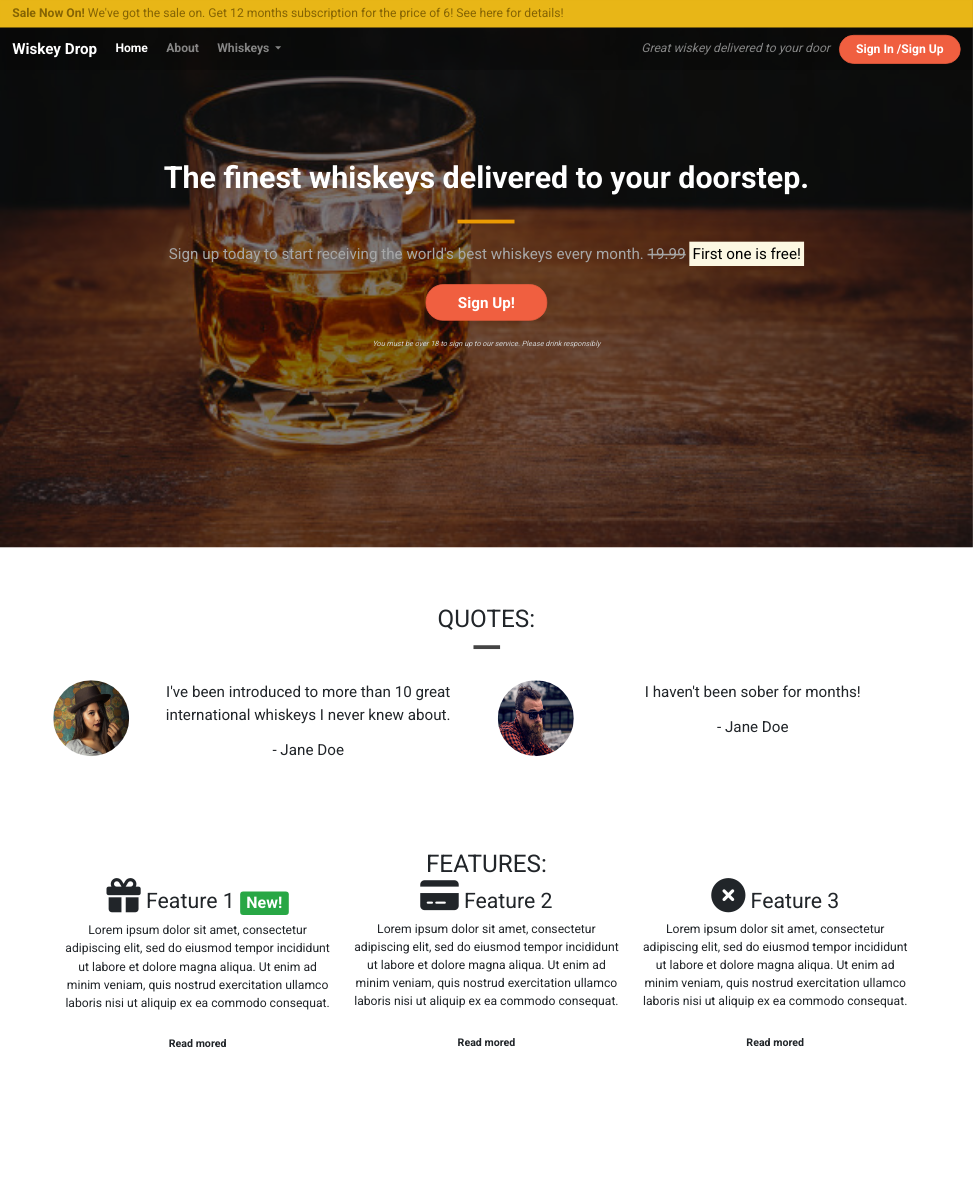
Repository: manub7/bootstrap4-mobile-first
Page: index.html
The author's editor kept a record of every edit. The page is drawn from the files as they stood at one moment, then again after the next edit.
The browser window is 1280 px wide. The pictures show the whole page, at 76% of full size.
Backgrounds fixed to the window are drawn as part of the page. Some web libraries are served in a nearby version.

Above is the page before.

After the next edit:
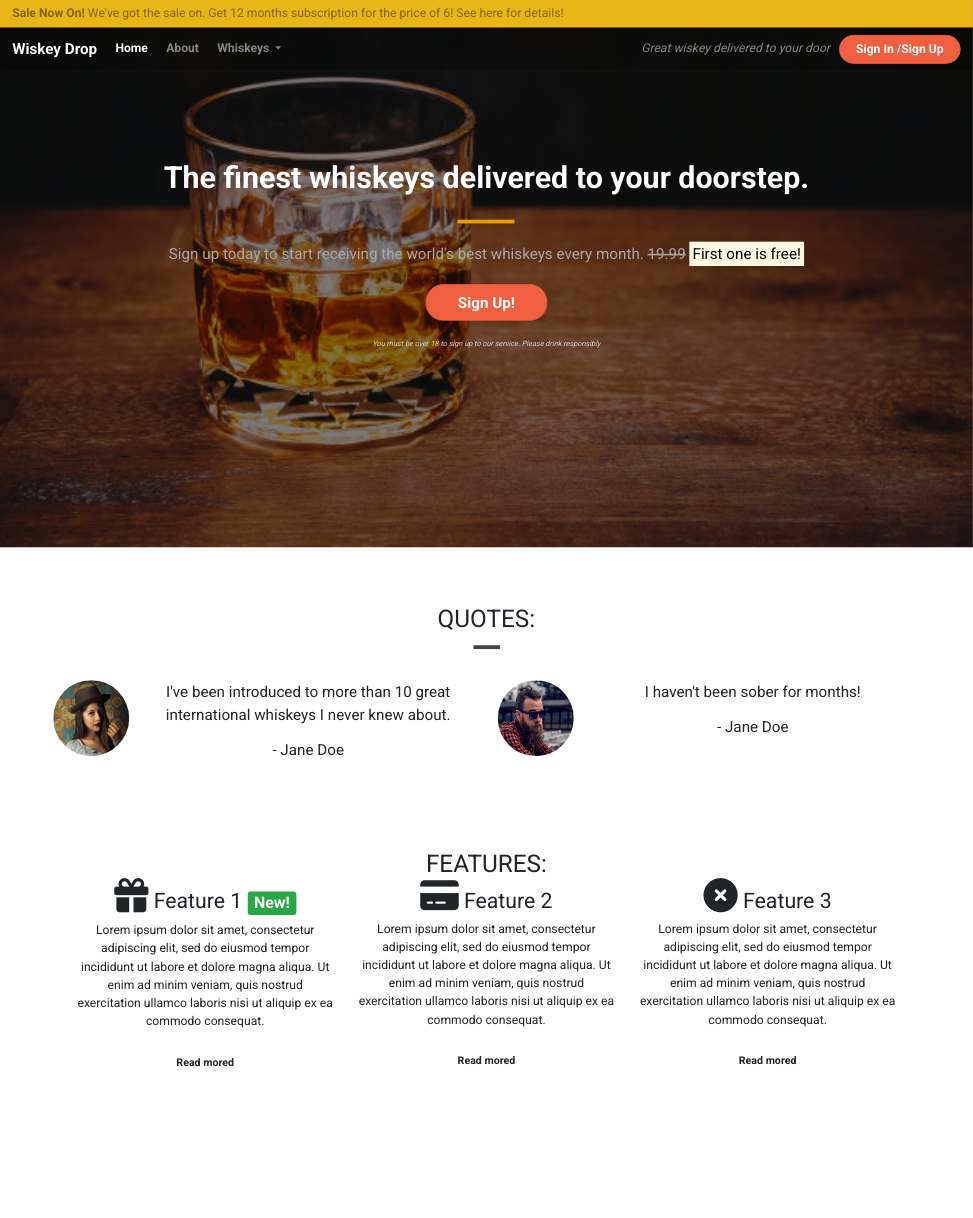
The edit:
--- a/index.html
+++ b/index.html
@@ -125,7 +125,7 @@
 
 
     <!-- Features -->
-    <div class="features-container content-container">
+    <div class="container features-container content-container">
         <section class="features">
             <div class="row">
                 <div class="col-12 page-header">
